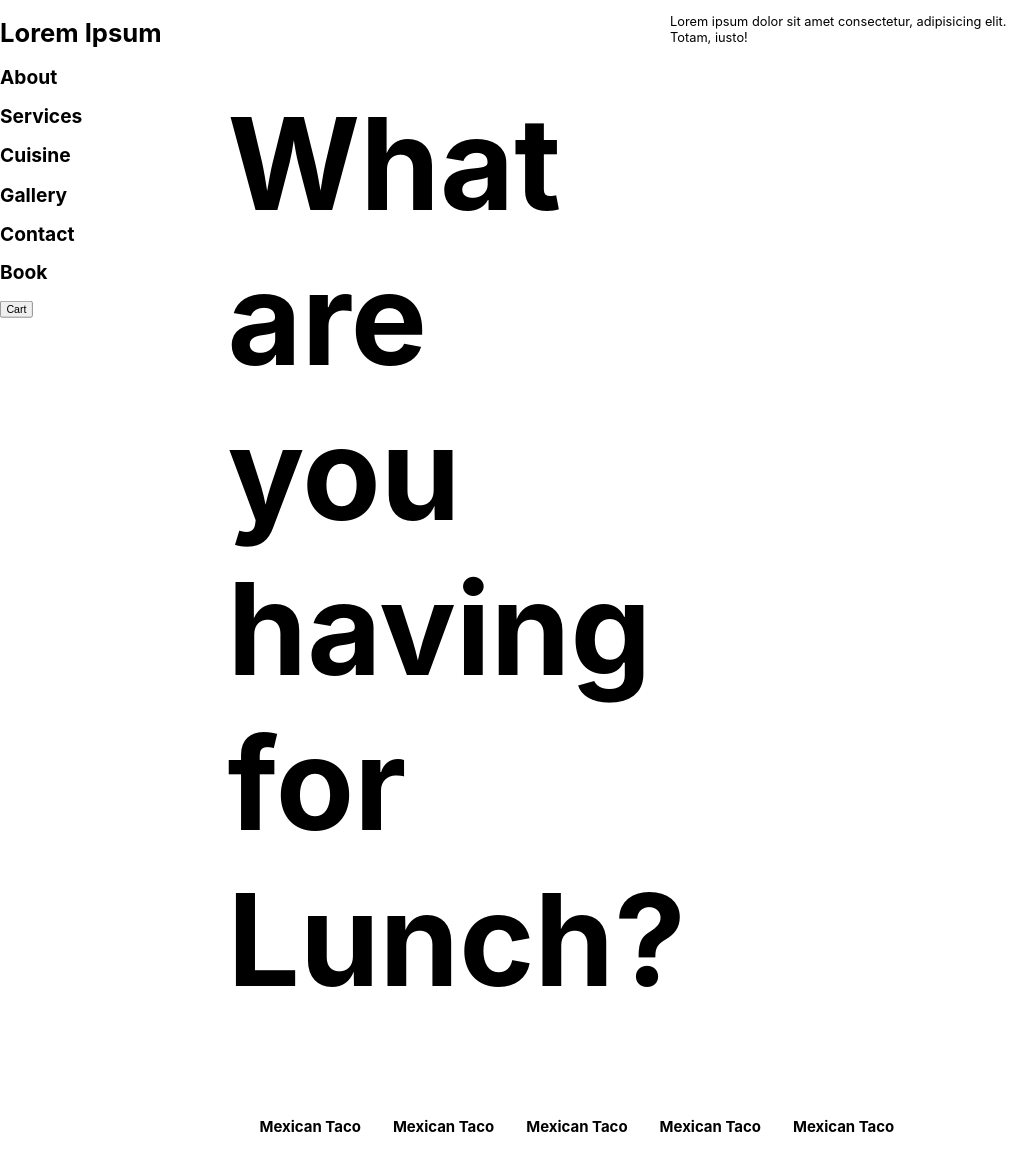
Repository: Marlstergo/assignment2
Page: /
An editor plug-in stored every save of this project. The page is shown before and after the next save, followed by the edit.
The browser window is 1280 px wide. The pictures show the whole page, at 80% of full size.
The project was rebuilt for these pictures with package versions that can differ from the ones it lists, and the page was loaded fresh each time.

Above is the page before, as saved 2021-07-27 01:56:52.

After the next save:
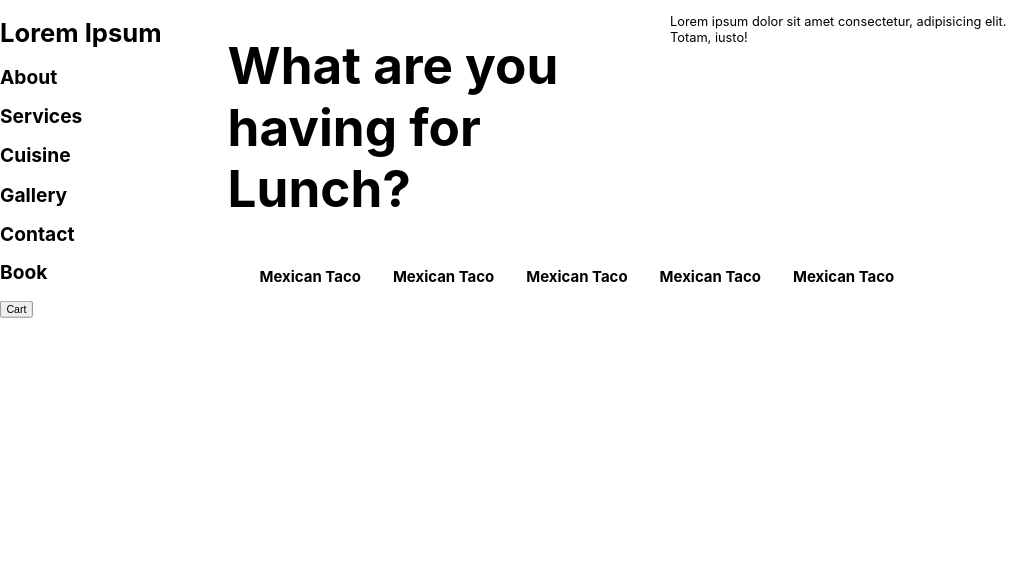
Saved 4 s later.
--- a/src/App.css
+++ b/src/App.css
@@ -69,7 +69,7 @@
 
 .title{
   grid-column: span 5 / span 5;
-  font-size: 5rem;
+  font-size: 2rem;
 
 }
 
